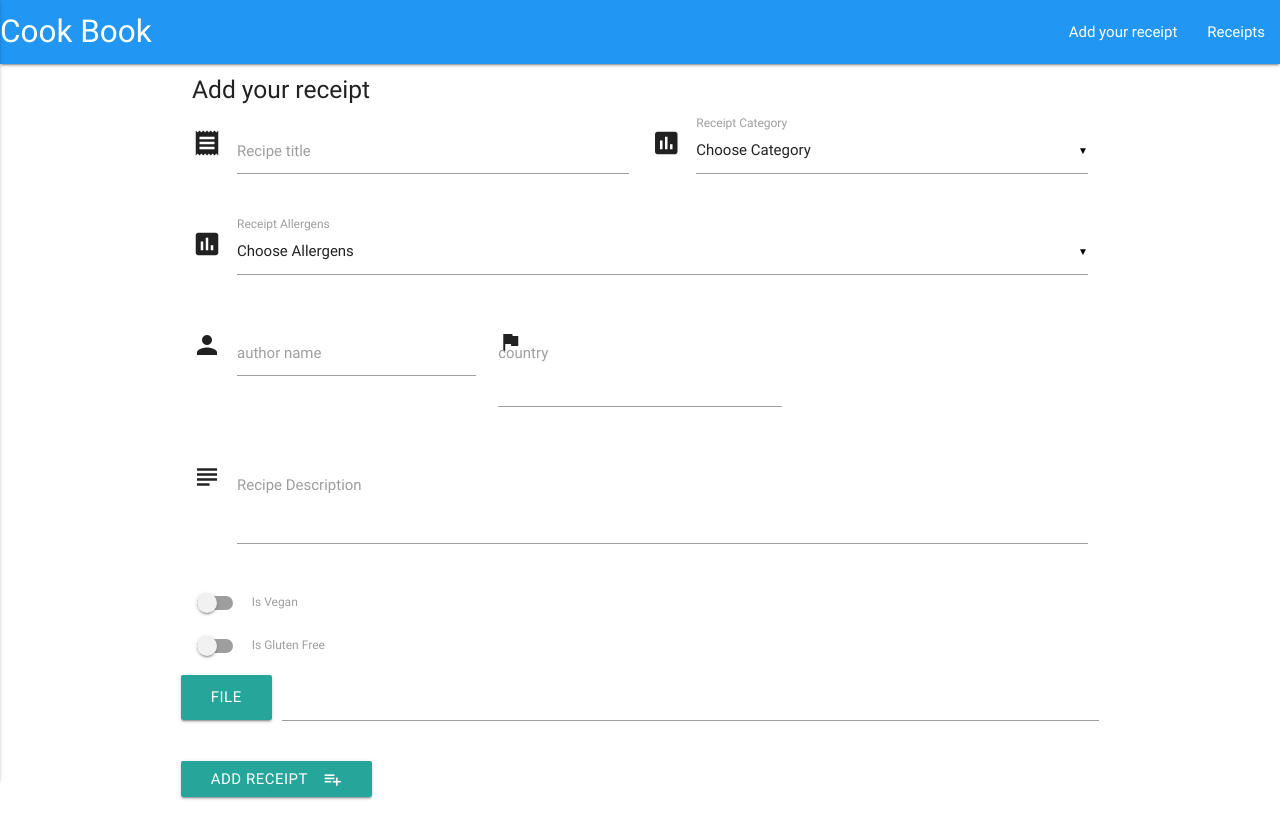
Repository: bbarbara19/cookbook
Page: http://localhost/add_receipt
The author's editor kept a record of every edit. The page is drawn from the files as they stood at one moment, then again after the next edit.
The browser window is 1280 px wide. The pictures show the whole page.
Some web libraries are served in a nearby version. The page is served by the project's application, run on Flask 3 (app.py). Queries for data that is not in the repository find no rows.

Above is the page before.

After the next edit:
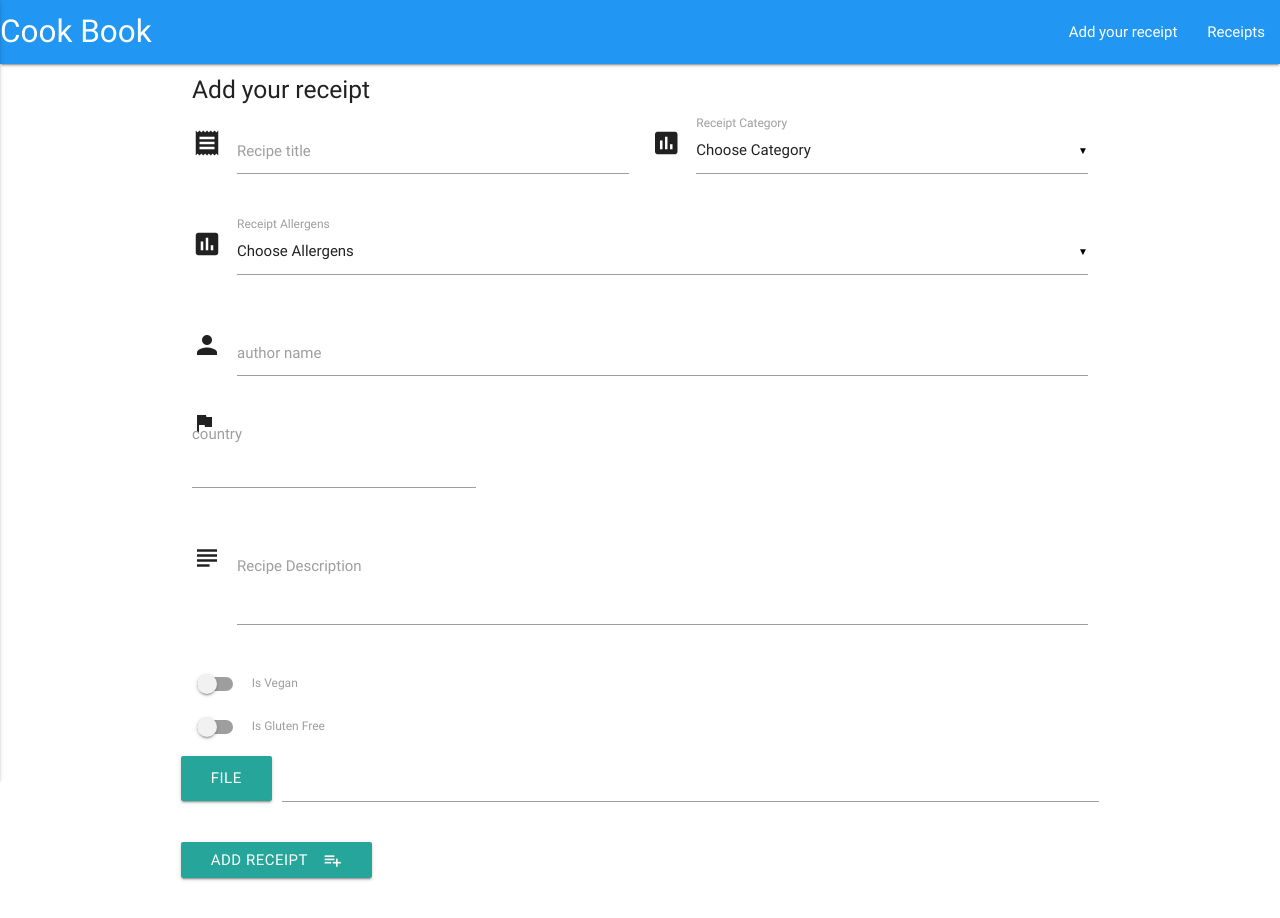
The edit:
--- a/templates/add_receipt.html
+++ b/templates/add_receipt.html
@@ -67,7 +67,7 @@
                     </div>
             </div>
             <div class="row">
-                    <div class="input-field col s4">
+                    <div class="input-field col s12">
                         <i class="material-icons prefix">person</i>
                         <input id="author" name="author" type="text">
                         <label for="icon_prefix">author name</label>
